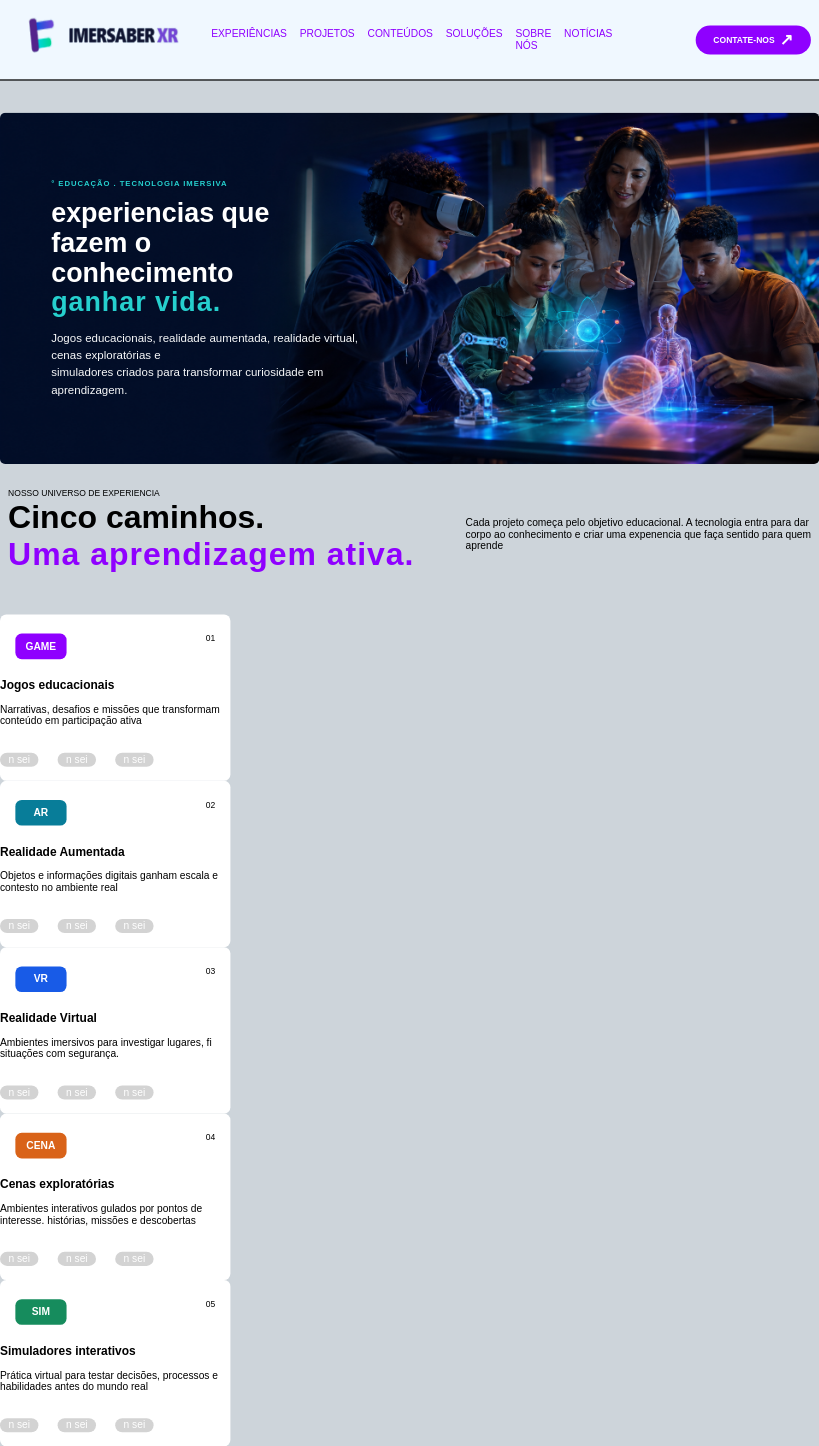
Repository: antonymsantana-design/Avaliacao.Parte.01
Page: html/index.html
The author's editor kept a copy of each file at every save. The page is drawn from the files as they stood at one save, then again after the next save.
The browser window is 1280 px wide. The pictures show the whole page, at 64% of full size.

Above is the page before, as saved 2026-08-29 21:13:43.

After the next save:
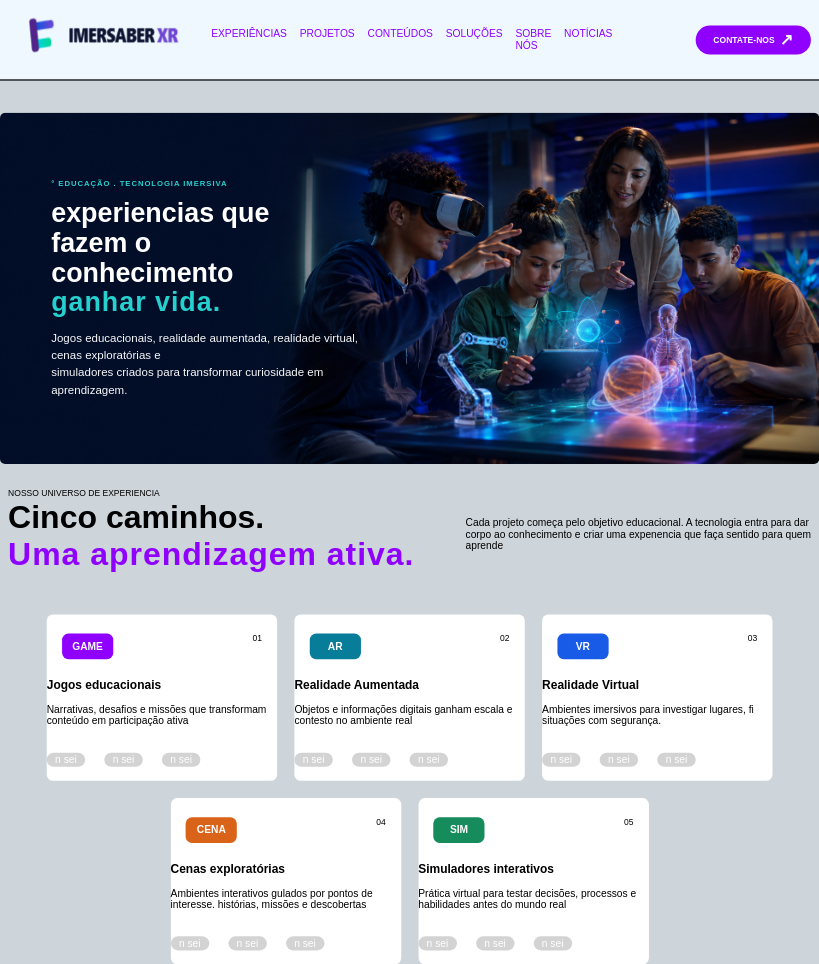
Saved 9 s later.
--- a/css/Style.css
+++ b/css/Style.css
@@ -189,8 +189,10 @@ span {
 }
 
 .cards{
-    display: table-row;
-    grid-template-columns: repeat(3, 240px);
+    display: flex;
+    justify-content: center;
+    gap: 27px;
+    flex-wrap: wrap;
 }
 
 .crd1{
